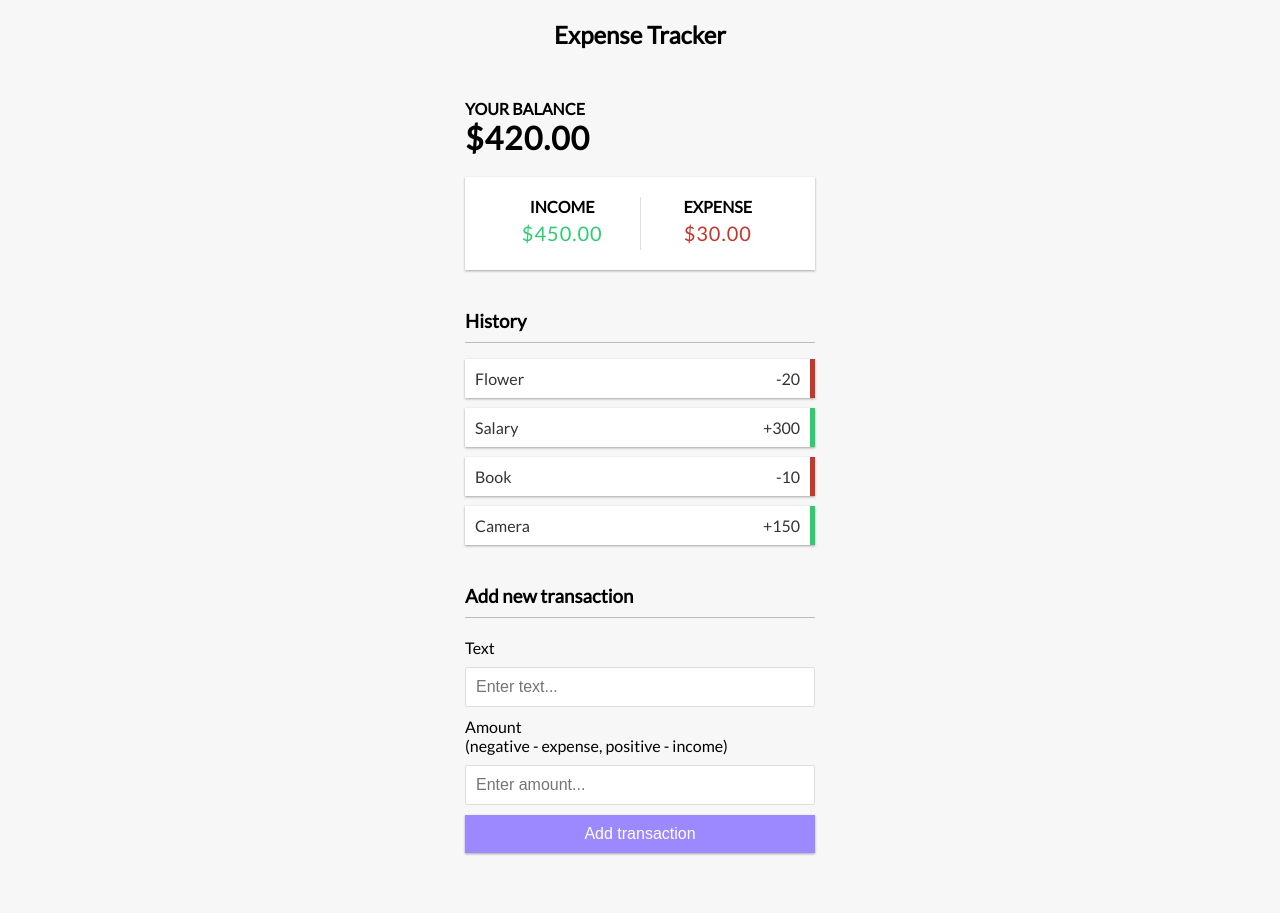
Repository: atko87/Expense-Tracker
Page: index.html
An editor plug-in stored every save of this project. The page is shown before and after the next save, followed by the edit.
The browser window is 1280 px wide. The pictures show the whole page.

Above is the page before, as saved 2020-04-22 17:41:01.

After the next save:
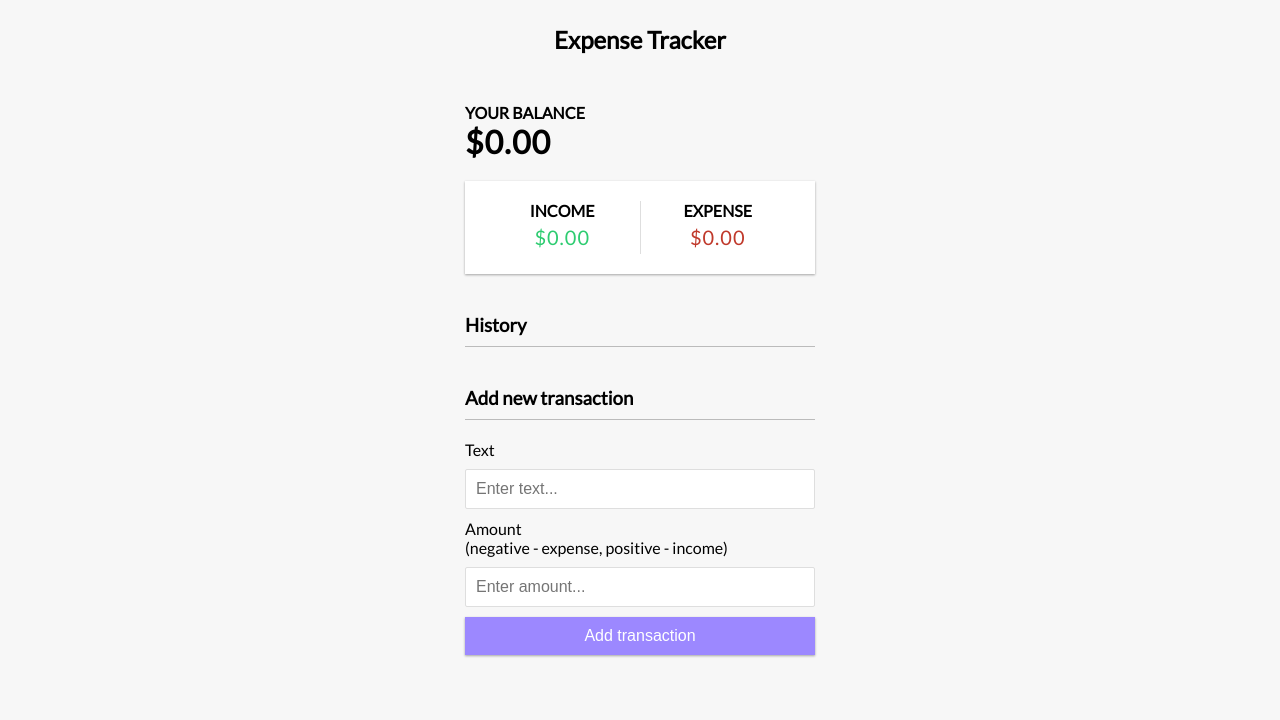
Saved 2 min 6 s later.
--- a/app.js
+++ b/app.js
@@ -6,34 +6,73 @@ const form = document.getElementById("form");
 const text = document.getElementById("text");
 const amount = document.getElementById("amount");
 
-const dummyTransactions = [
-  { id: 1, text: "Flower", amount: -20 },
-  { id: 2, text: "Salary", amount: 300 },
-  { id: 3, text: "Book", amount: -10 },
-  { id: 4, text: "Camera", amount: 150 },
-];
+// const dummyTransactions = [
+//   { id: 1, text: 'Flower', amount: -20 },
+//   { id: 2, text: 'Salary', amount: 300 },
+//   { id: 3, text: 'Book', amount: -10 },
+//   { id: 4, text: 'Camera', amount: 150 }
+// ];
 
-let transactions = dummyTransactions;
+const localStorageTransactions = JSON.parse(
+  localStorage.getItem("transactions")
+);
 
-//Add transactions to DOM list
-function addTransactionDOM(transactions) {
-  //Get sing
-  const sing = transactions.amount < 0 ? "-" : "+";
+let transactions =
+  localStorage.getItem("transactions") !== null ? localStorageTransactions : [];
+
+// Add transaction
+function addTransaction(e) {
+  e.preventDefault();
+
+  if (text.value.trim() === "" || amount.value.trim() === "") {
+    alert("Please add a text and amount");
+  } else {
+    const transaction = {
+      id: generateID(),
+      text: text.value,
+      amount: +amount.value,
+    };
+
+    transactions.push(transaction);
+
+    addTransactionDOM(transaction);
+
+    updateValues();
+
+    updateLocalStorage();
+
+    text.value = "";
+    amount.value = "";
+  }
+}
+
+// Generate random ID
+function generateID() {
+  return Math.floor(Math.random() * 100000000);
+}
+
+// Add transactions to DOM list
+function addTransactionDOM(transaction) {
+  // Get sign
+  const sign = transaction.amount < 0 ? "-" : "+";
 
   const item = document.createElement("li");
 
-  //Add clase based on value
-  item.classList.add(transactions.amount < 0 ? "minus" : "plus");
+  // Add class based on value
+  item.classList.add(transaction.amount < 0 ? "minus" : "plus");
 
   item.innerHTML = `
-
-  ${transactions.text}<span>${sing}${Math.abs(transactions.amount)}
-  </span><button class='delete-btn'>x</button>`;
+    ${transaction.text} <span>${sign}${Math.abs(
+    transaction.amount
+  )}</span> <button class="delete-btn" onclick="removeTransaction(${
+    transaction.id
+  })">x</button>
+  `;
 
   list.appendChild(item);
 }
 
-//Update the balance, income and expense
+// Update the balance, income and expense
 function updateValues() {
   const amounts = transactions.map((transaction) => transaction.amount);
 
@@ -43,6 +82,7 @@ function updateValues() {
     .filter((item) => item > 0)
     .reduce((acc, item) => (acc += item), 0)
     .toFixed(2);
+
   const expense = (
     amounts.filter((item) => item < 0).reduce((acc, item) => (acc += item), 0) *
     -1
@@ -52,11 +92,29 @@ function updateValues() {
   money_plus.innerText = `$${income}`;
   money_minus.innerText = `$${expense}`;
 }
-//Init app
+
+// Remove transaction by ID
+function removeTransaction(id) {
+  transactions = transactions.filter((transaction) => transaction.id !== id);
+
+  updateLocalStorage();
+
+  init();
+}
+
+// Update local storage transactions
+function updateLocalStorage() {
+  localStorage.setItem("transactions", JSON.stringify(transactions));
+}
+
+// Init app
 function init() {
   list.innerHTML = "";
 
   transactions.forEach(addTransactionDOM);
   updateValues();
 }
+
 init();
+
+form.addEventListener("submit", addTransaction);
